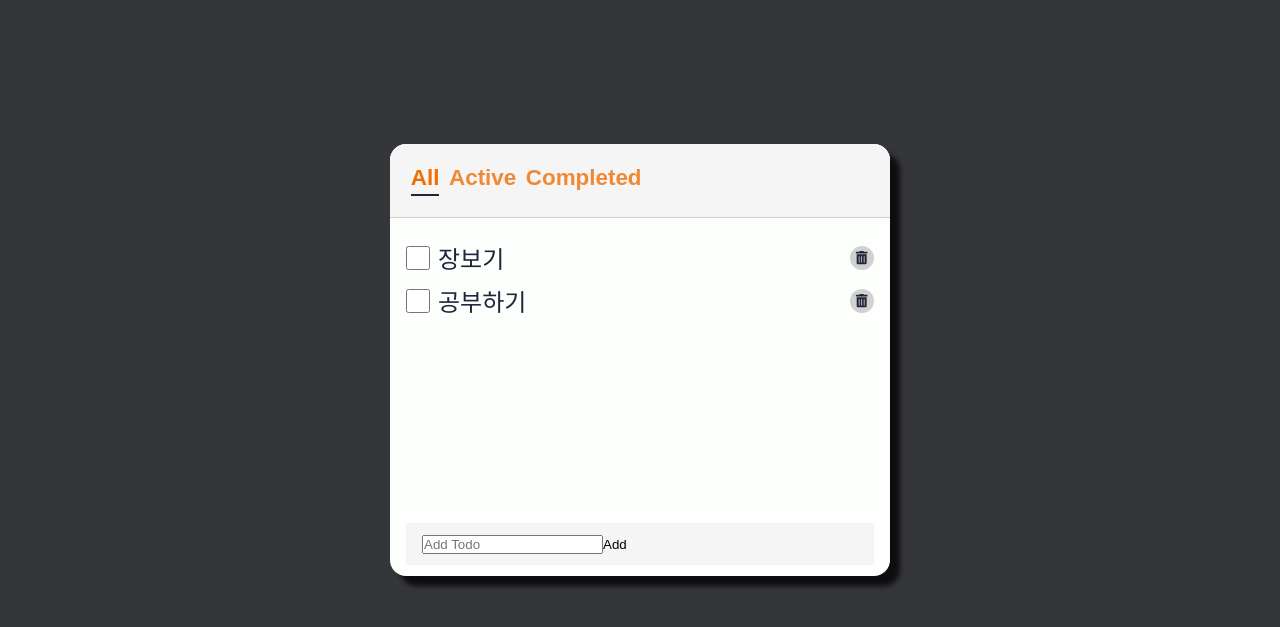
Repository: MrJinkyu/TodoList
Page: /
The author's editor kept a copy of each file at every save. The page is drawn from the files as they stood at one save, then again after the next save.
The browser window is 1280 px wide. The pictures show the whole page.
The project was rebuilt for these pictures with package versions that can differ from the ones it lists, and the page was loaded fresh each time.

Above is the page before, as saved 2023-05-01 14:53:52.

After the next save:
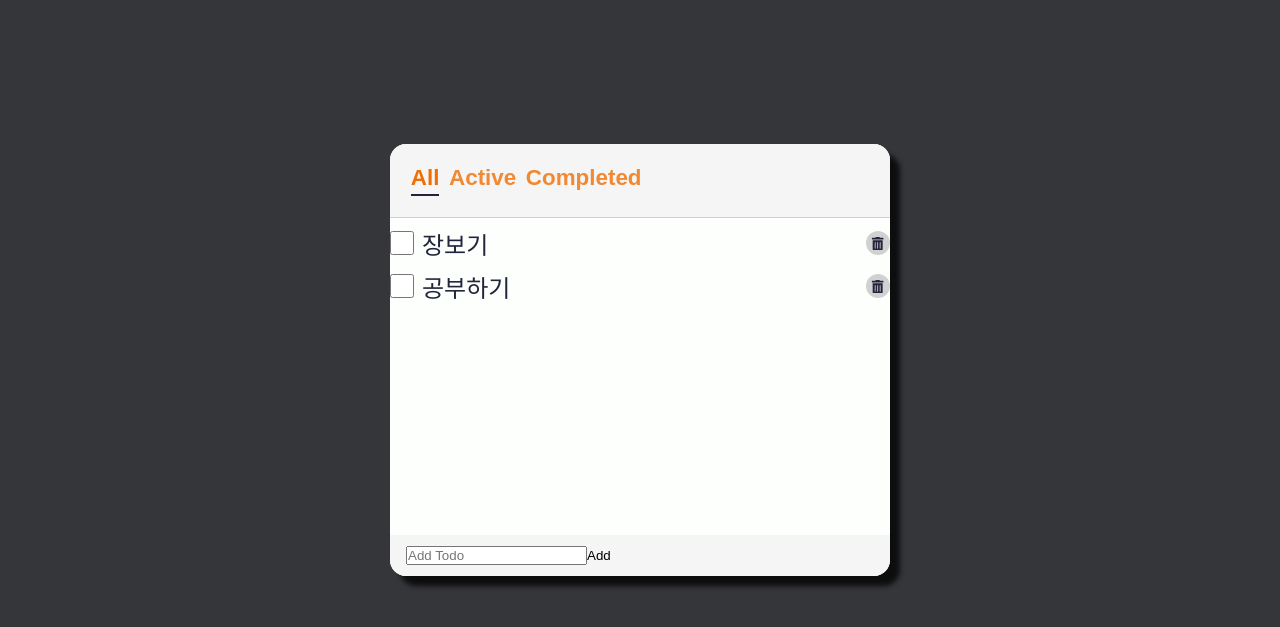
Saved 58 s later.
--- a/src/components/TodoList.module.css
+++ b/src/components/TodoList.module.css
@@ -2,8 +2,6 @@
     height: 100%;
     display: flex;
     flex-direction: column;
-    padding: 0.7rem 1rem;
-    margin-top: 0.2rem;
 }
 
 .list{
